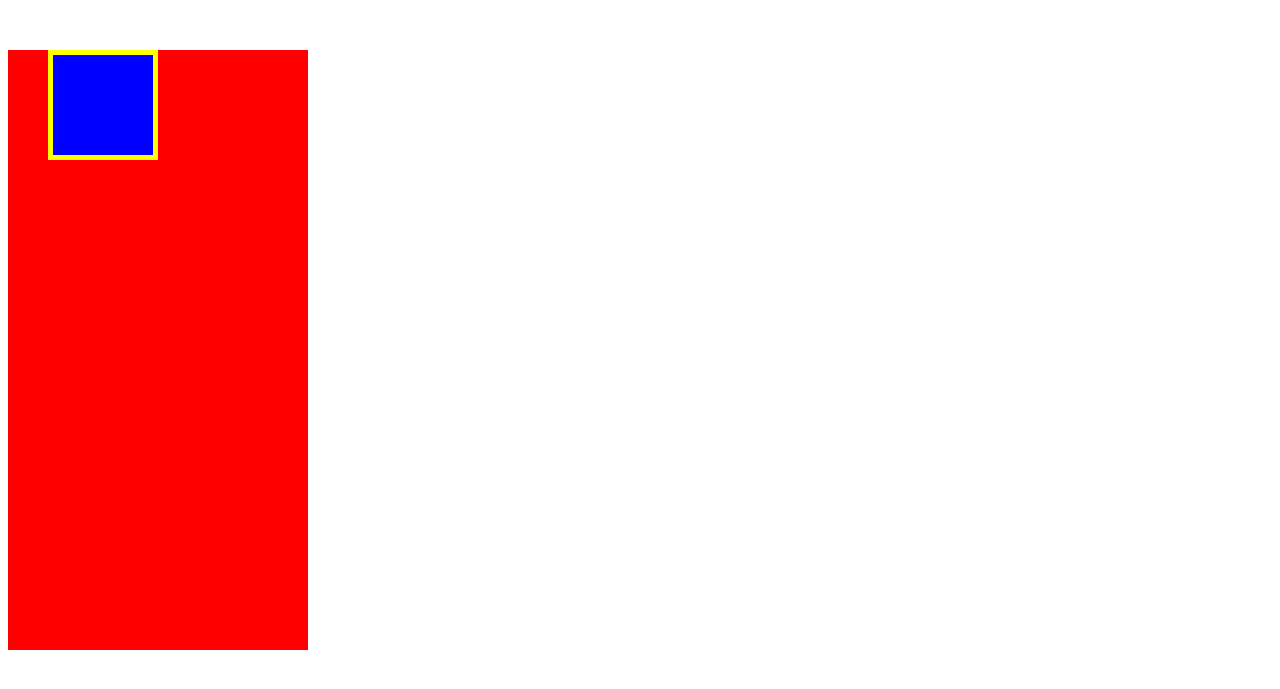
Repository: Souax/prac_20231021
Page: box/box.html
The author's editor kept a record of every edit. The page is drawn from the files as they stood at one moment, then again after the next edit.
The browser window is 1280 px wide. The pictures show the whole page.

Above is the page before.

### box/box.html
<!DOCTYPE html>
<html lang="ja">

<head>
  <meta charset="UTF-8"/>
  <link rel="stylesheet" href="box.css">
  <title>BOX</title>
</head>

<body>
  <div class="box1">
  <div class="box2"></div>
  </div>
</body>

</html>

### box/box.css
.box1{
  width:300px;
  height:600px;
  background-color:red;
}

.box2{
  width:100px;
  height:100px;
  background-color:blue;
  border:solid 5px yellow;
  margin-top:50px;
  margin-right:40px;
  margin-bottom:40px;
  margin-left:40px;
}

After the next edit:
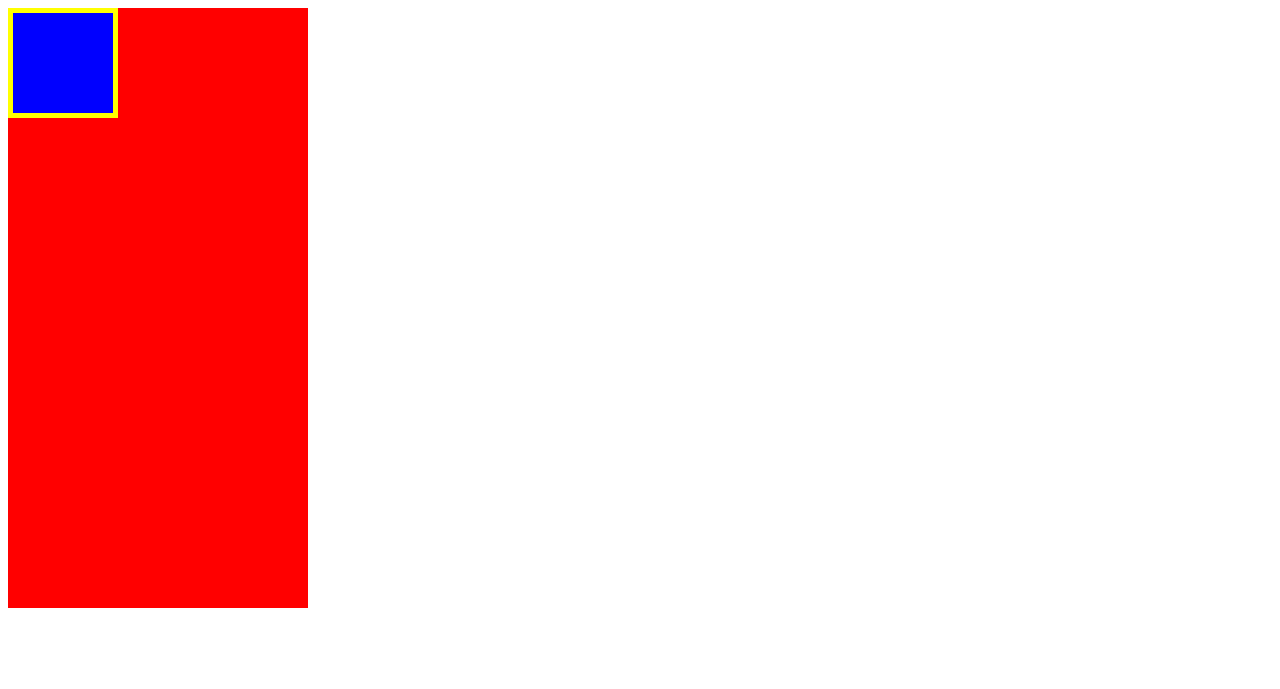
The edit:
--- a/box/box.css
+++ b/box/box.css
@@ -9,8 +9,4 @@
   height:100px;
   background-color:blue;
   border:solid 5px yellow;
-  margin-top:50px;
-  margin-right:40px;
-  margin-bottom:40px;
-  margin-left:40px;
 }
